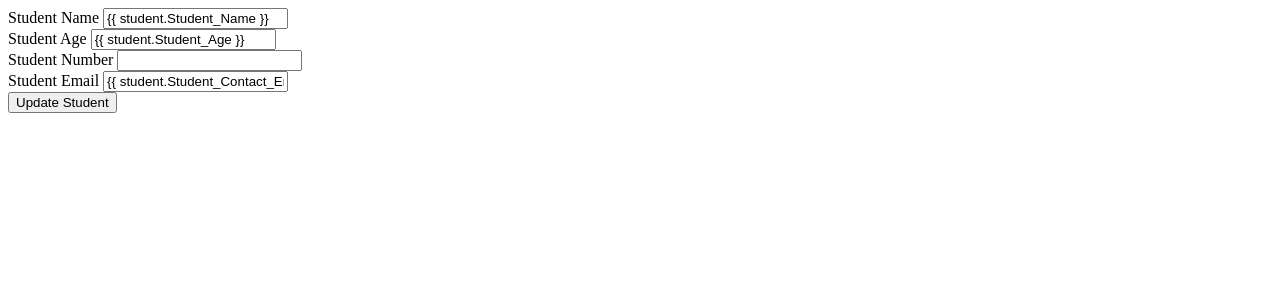
Repository: V-Neelagandan/Student-Mangement-Flask
Page: Templates/edit_form.html
These files come from the project's save history. The page is drawn as it stood at one moment and after a run of saves; the edit follows.
The browser window is 1280 px wide. The pictures show the whole page.

Above is the page before, as saved 2025-06-04 22:26:13.

After the next 2 saves:
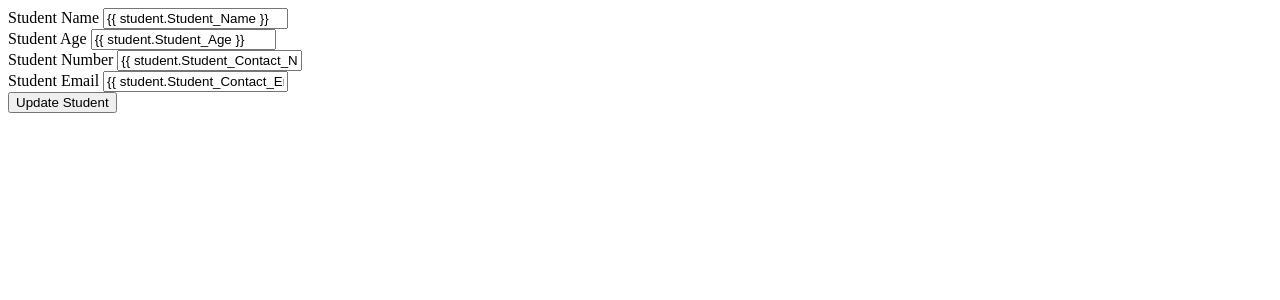
The 2 saves are shown as one change because they came seconds apart.
The last was saved 28 s later.
--- a/Templates/edit_form.html
+++ b/Templates/edit_form.html
@@ -17,7 +17,7 @@
       </div>
       <div>
         <label for="student_number">Student Number</label>
-        <input type="text" id="student_number" name="Student_Contact_Number" class="form-control" />
+        <input type="text" id="student_number" name="Student_Contact_Number" value="{{ student.Student_Contact_Number }}" class="form-control" />
       </div>
       <div>
         <label for="student_email">Student Email</label>
